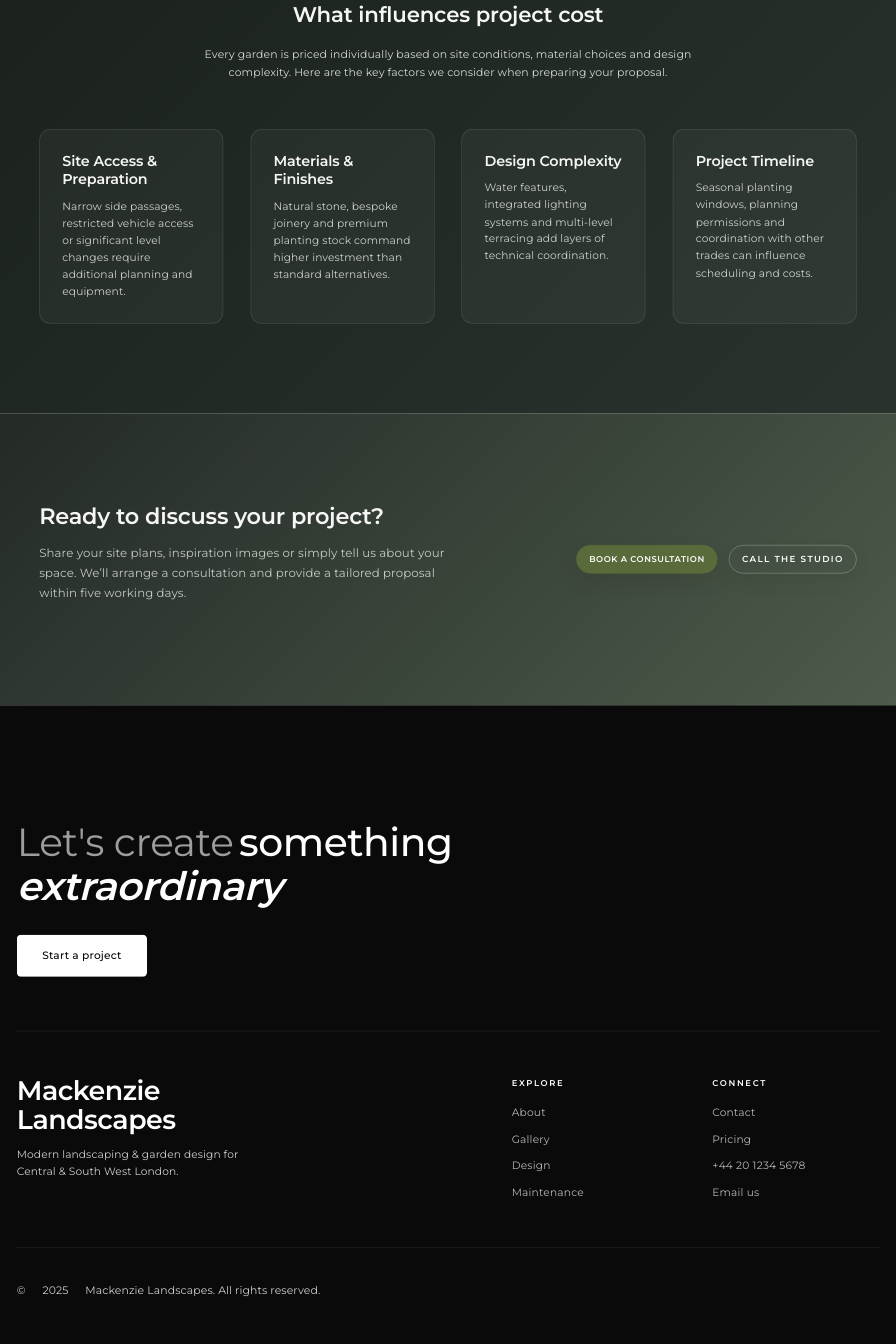
Repository: JoelMann1/MackenzieLandscapes
Page: pricing.html
An editor plug-in stored every save of this project. The page is shown before and after the next save, followed by the edit.
The browser window is 1280 px wide. The pictures show the part of the page from y = 2109 to 4029 px (the page is 4029 px tall before and 3612 px after), at 70% of full size.
A picture or video elsewhere on the page could not be fetched, so the positions and the page height are approximate.

Above is the page before, as saved 2025-10-22 14:57:53.

After the next save:
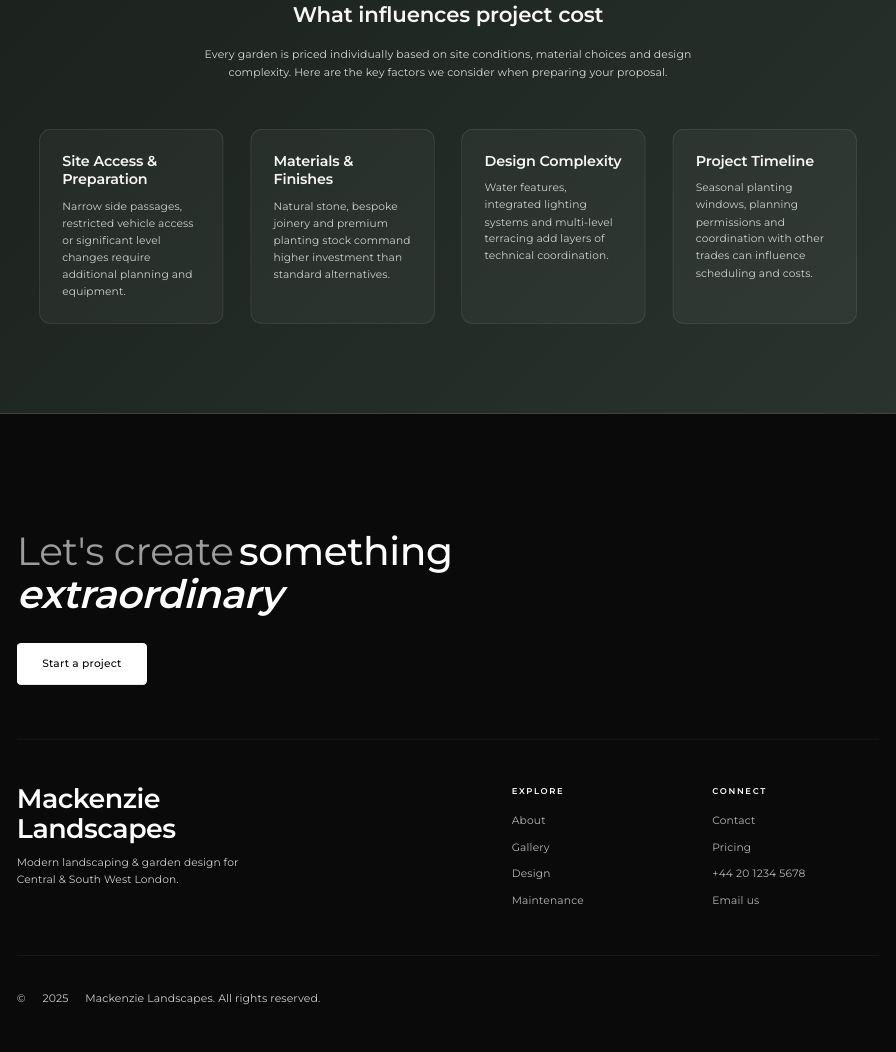
Saved 3 min 26 s later.
--- a/pricing.html
+++ b/pricing.html
@@ -233,20 +233,6 @@
   </div>
 </section>
 
-<section class="section section--dark section--enquiry section--pricing-cta">
-  <div class="container">
-    <div class="enquiry" data-reveal-scale>
-      <div class="enquiry__copy">
-        <h2>Ready to discuss your project?</h2>
-        <p>Share your site plans, inspiration images or simply tell us about your space. We&rsquo;ll arrange a consultation and provide a tailored proposal within five working days.</p>
-      </div>
-      <div class="enquiry__actions">
-        <a class="btn btn--primary" href="contact.html">Book a consultation</a>
-        <a class="btn btn--secondary" href="tel:+442012345678"><span data-alt="Call the studio">Call the studio</span></a>
-      </div>
-    </div>
-  </div>
-</section>
 
 </main>
 <footer class="site-footer">
